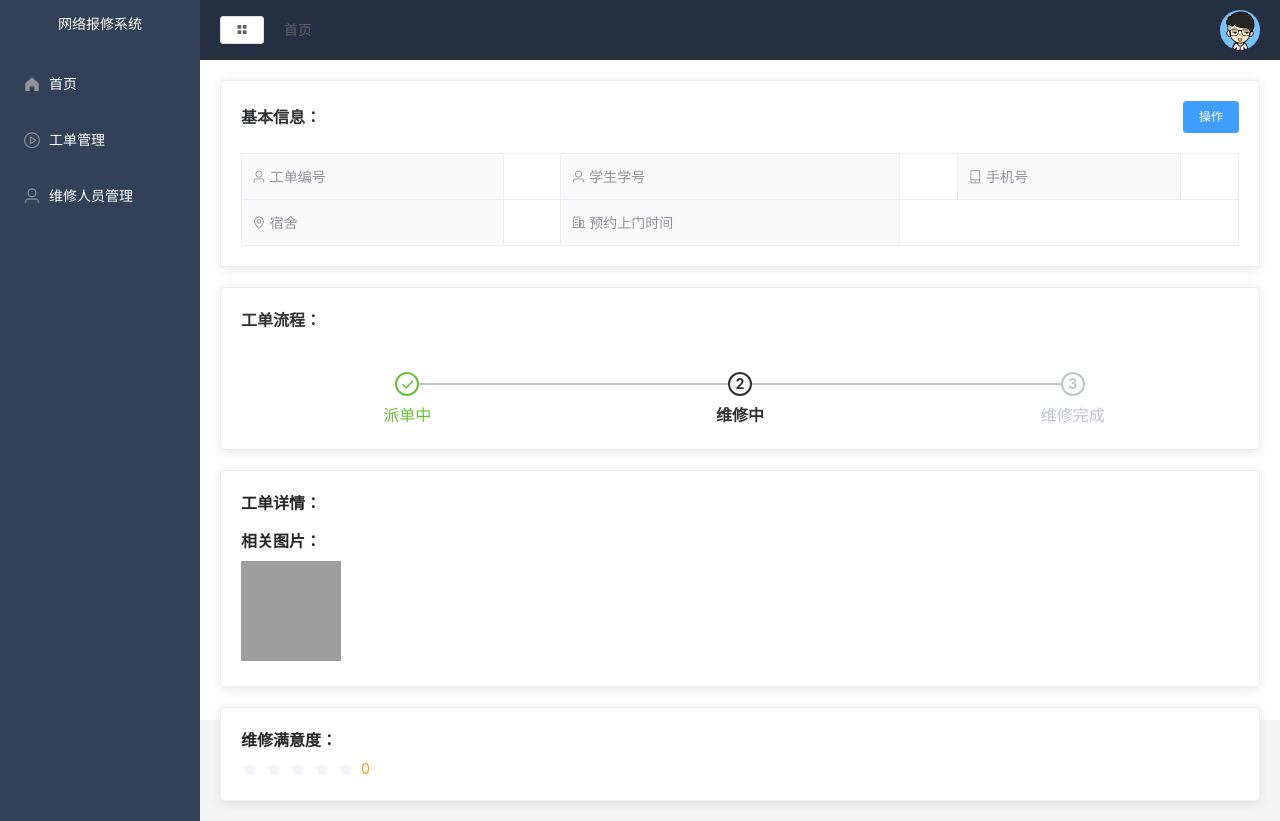
Repository: LtheW/vue
Page: /submit
An editor plug-in stored every save of this project. The page is shown before and after the next save, followed by the edit.
The browser window is 1280 px wide. The pictures show the whole page.
Pictures or frames that could not be fetched are drawn as grey boxes. The page's requests for data from a server got no answer. The project was rebuilt for these pictures with package versions that can differ from the ones it lists, and the page was loaded fresh each time. No one was signed in, and anything a server would have sent is missing. Also part of the build but not shown: vue.config.js, src/components/CommonTag.vue, src/views/Maintainer/Add.vue.

Above is the page before, as saved 2022-03-27 11:16:45.

After the next save:
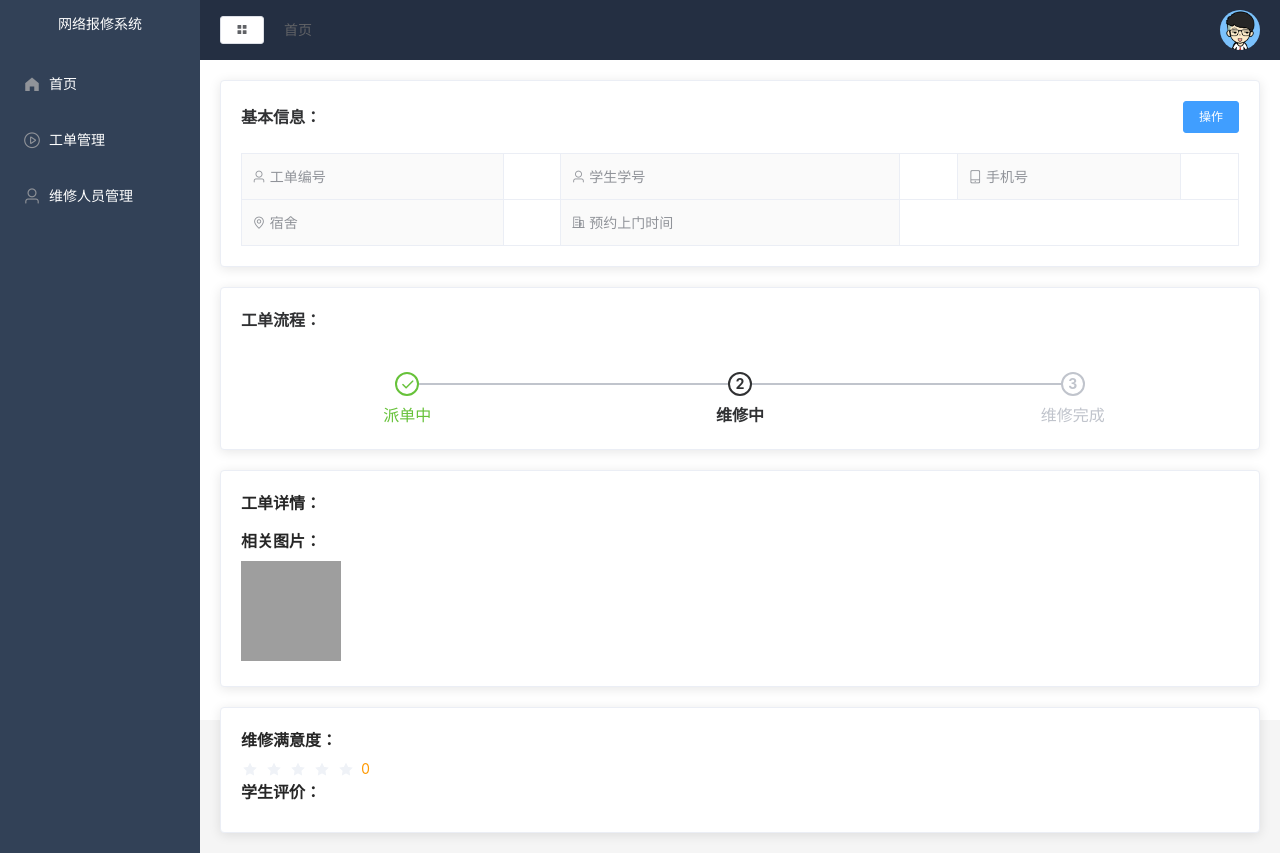
Saved 45 s later.
--- a/src/views/Submit.vue
+++ b/src/views/Submit.vue
@@ -91,6 +91,7 @@
             score-template="{value}"
           >
           </el-rate>
+          <h5 class="title">学生评价：</h5>
         </el-card>
         </div>
       </div>
